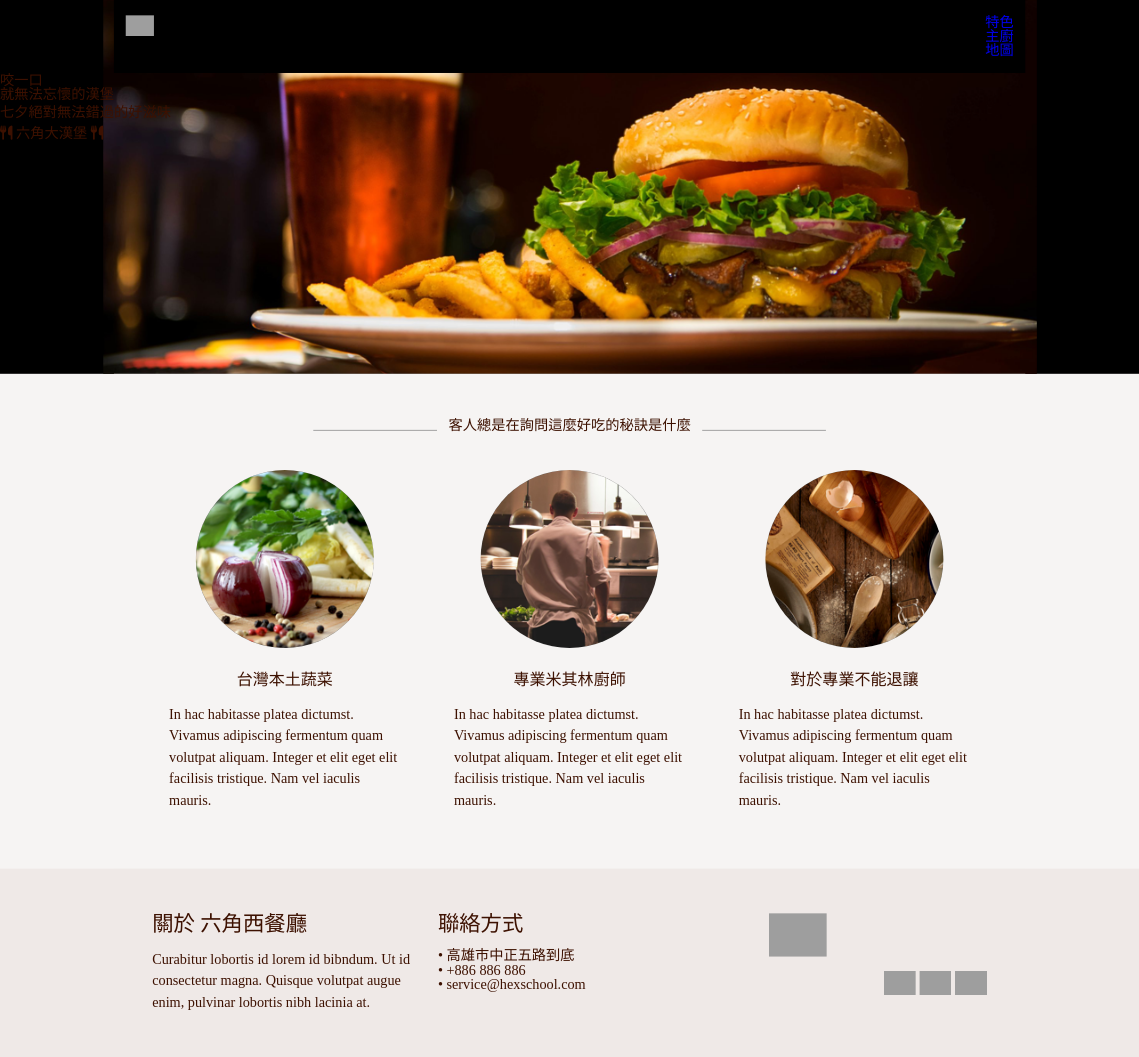
Repository: newstarellie/RWD-Sass-page
Page: index.html
The author's editor kept a copy of each file at every save. The page is drawn from the files as they stood at one save, then again after the next save.
The browser window is 1280 px wide. The pictures show the whole page, at 89% of full size.
Pictures or frames that could not be fetched are drawn as grey boxes. Some web libraries are served in a nearby version.

Above is the page before, as saved 2022-06-14 17:38:27.

After the next save:
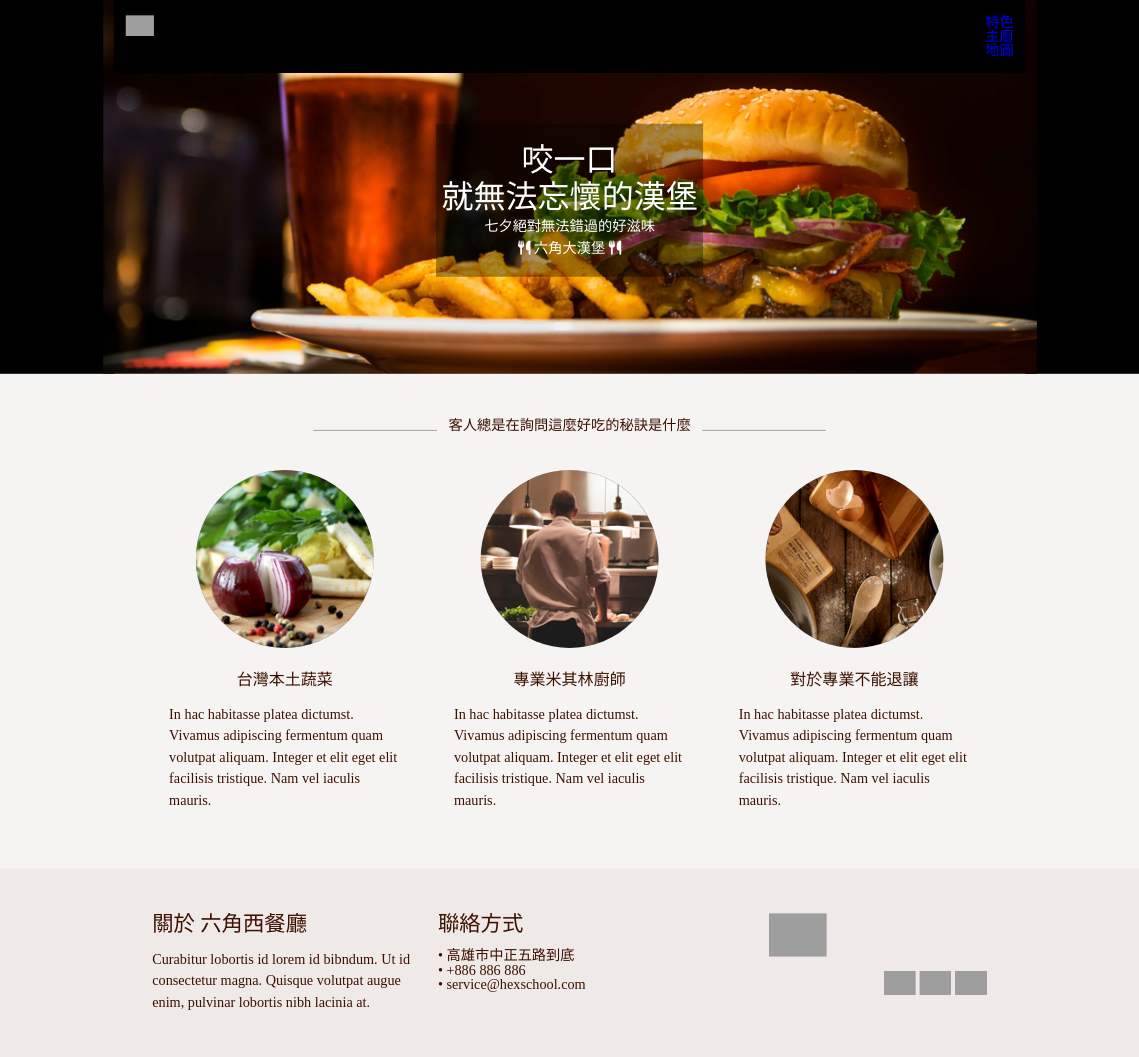
Saved 35 s later.
--- a/index.html
+++ b/index.html
@@ -16,7 +16,6 @@
       <div class="container">
         <nav>
           <h1><a href="">六角西餐廳</a></h1>
-
           <a href="#"></a>
           <ul class="show-menu">
             <li><a href=" #">特色</a></li>
@@ -24,9 +23,6 @@
             <li><a href="#">地圖</a></li>
           </ul>
         </nav>
-      </div>
-
-      <div class="banner">
         <div class="filter">
           <h2>咬一口<br>
             就無法忘懷的漢堡</h2>
@@ -37,6 +33,11 @@
             <i class="fa-solid fa-utensils"></i>
           </p>
         </div>
+
+      </div>
+
+      <div class="banner">
+
       </div>
       </div>
     </header>
